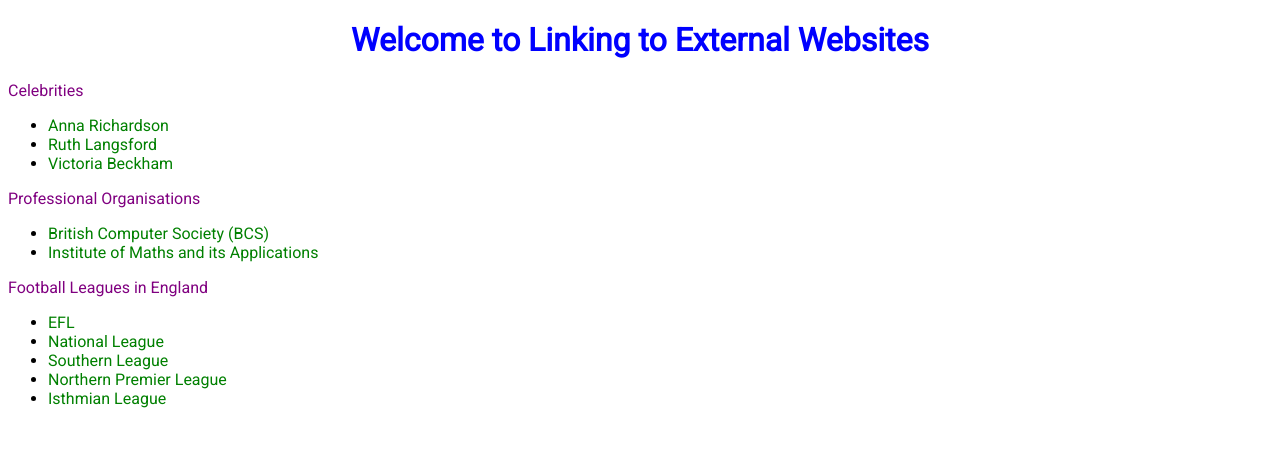
Repository: derektypist/linking-to-external-websites
Page: index.html
The author's editor kept a record of every edit. The page is drawn from the files as they stood at one moment, then again after the next edit.
The browser window is 1280 px wide. The pictures show the whole page.

Above is the page before.

After the next edit:
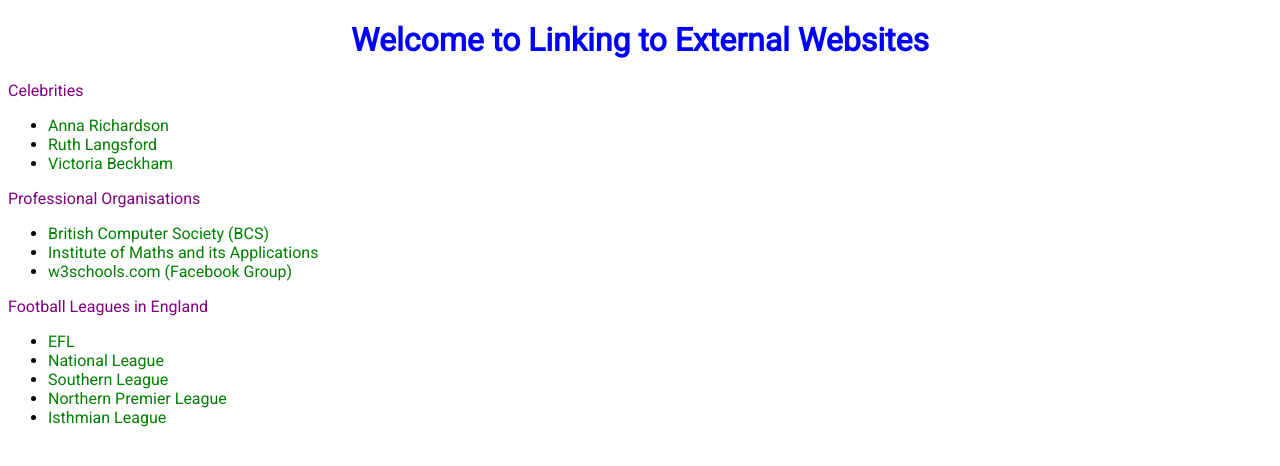
The edit:
--- a/index.html
+++ b/index.html
@@ -31,6 +31,7 @@
         <ul>
             <li><a href="https://www.bcs.org" title="BCS" target="_blank">British Computer Society (BCS)</a></li>
             <li><a href="https://www.ima.org.uk" title="Institute of Maths and its Applications" target="_blank">Institute of Maths and its Applications</a></li>
+            <li><a href="https://www.facebook.com/groups/w3schoolscom" title="w3schools.com Facebook Group" target="_blank">w3schools.com (Facebook Group)</a></li>
         </ul>
     </section>
 
